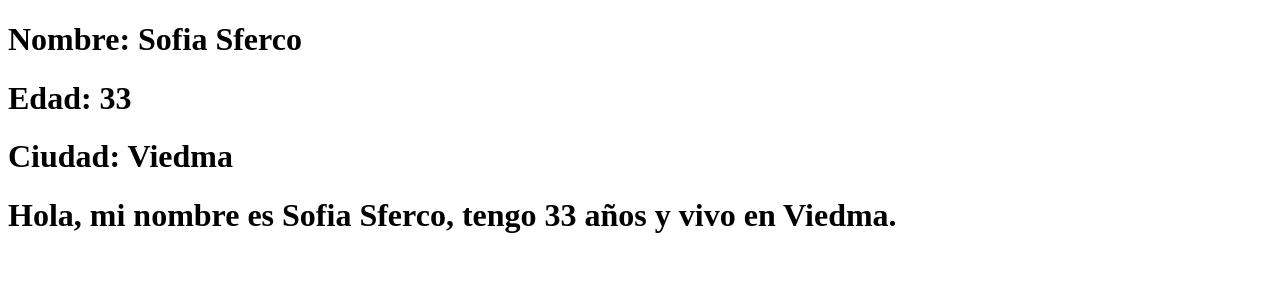
Repository: SofiaSferco/PWA-2026
Page: practico01/index.html
These files come from the project's save history. The page is drawn as it stood at one moment and after a run of saves; the edit follows.
The browser window is 1280 px wide. The pictures show the whole page.

Above is the page before, as saved 2026-09-10 00:11:07.

After the next 2 saves:
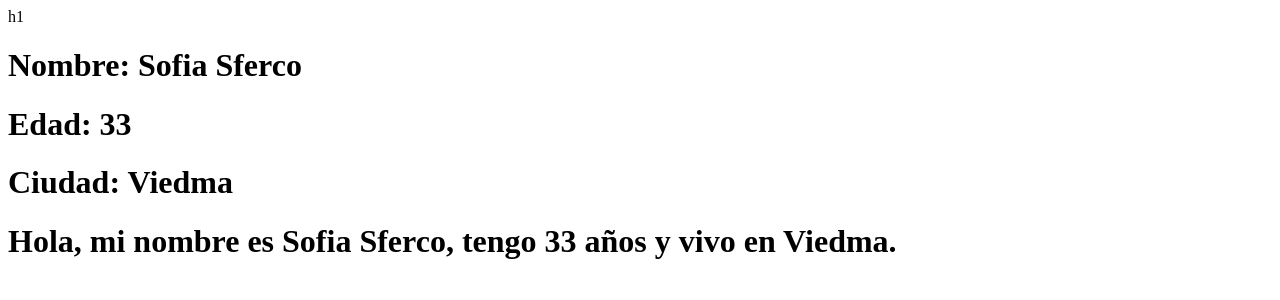
The 2 saves are shown as one change because they came seconds apart.
The last was saved 101 s later.
--- a/practico01/index.html
+++ b/practico01/index.html
@@ -7,6 +7,8 @@
 </head>
 <body>
     <div id="app">
+        h1
+
         <h1>Nombre: {{nombre}}</h1>
         <h1>Edad: {{edad}}</h1>
         <h1>Ciudad: {{ciudad}}</h1>

After the save that followed:
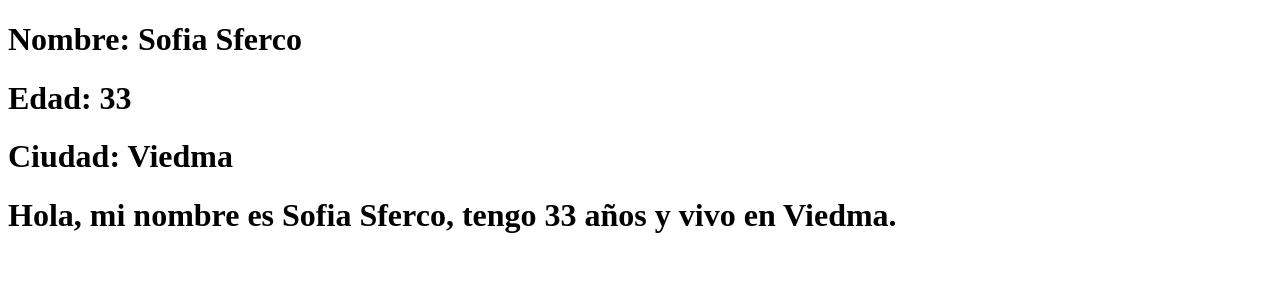
Saved 5 s later.
--- a/practico01/index.html
+++ b/practico01/index.html
@@ -7,7 +7,6 @@
 </head>
 <body>
     <div id="app">
-        h1
 
         <h1>Nombre: {{nombre}}</h1>
         <h1>Edad: {{edad}}</h1>
